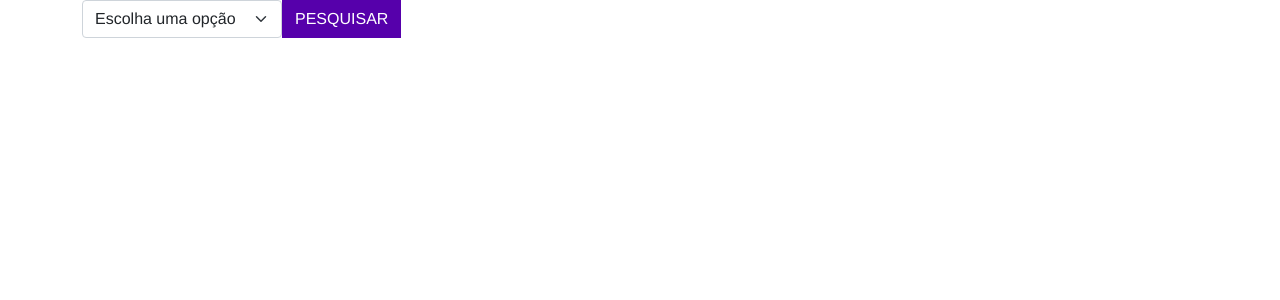
Repository: LuismGil/Countries-list
Page: /about
These files come from the project's save history. The page is drawn as it stood at one moment and after the next save; the edit follows.
The browser window is 1280 px wide. The pictures show the whole page.
The project was rebuilt for these pictures with package versions that can differ from the ones it lists, and the page was loaded fresh each time.

Above is the page before, as saved 2021-05-22 21:25:42.

### public/index.html
<!DOCTYPE html>
<html lang="">
  <head>
    <meta charset="utf-8">
    <meta http-equiv="X-UA-Compatible" content="IE=edge">
    <meta name="viewport" content="width=device-width,initial-scale=1.0">
    <link rel="icon" href="<%= BASE_URL %>favicon.ico">
    <link href="https://cdn.jsdelivr.net/npm/bootstrap@5.0.1/dist/css/bootstrap.min.css" rel="stylesheet" integrity="sha384-+0n0xVW2eSR5OomGNYDnhzAbDsOXxcvSN1TPprVMTNDbiYZCxYbOOl7+AMvyTG2x" crossorigin="anonymous">
    <title><%= htmlWebpackPlugin.options.title %></title>
  </head>
  <body>
    <noscript>
      <strong>We're sorry but <%= htmlWebpackPlugin.options.title %> doesn't work properly without JavaScript enabled. Please enable it to continue.</strong>
    </noscript>
    <div id="app"></div>
    <!-- built files will be auto injected -->
  </body>
</html>

### src/App.vue
<template>
  <div id="app">
    <!-- <mv-header /> -->
    <Home></Home>

  </div>
</template>

<script>
// import MvHeader from './components/MvHeader.vue';
import Home from './views/Home.vue';

export default {
  name: 'App',
  components: {
    // MvHeader,
    Home,
  },
};
</script>

<style>
#app {
  color: #2c3e50;
  font-family: Avenir, Helvetica, Arial, sans-serif;
  -webkit-font-smoothing: antialiased;
  -moz-osx-font-smoothing: grayscale;
  text-align: center;
}
</style>

### src/views/Home.vue
<template>
  <div>
    <mv-countries></mv-countries>

  </div>
</template>

<script>
import MvCountries from '../components/MvCountries.vue';

export default {
  components: { MvCountries },

};
</script>

<style>

</style>

### src/components/MvCountries.vue
<template>
  <div>
    <div class="container">
    <select class="form-select form-width" aria-label="Escolha uma opção">
      <option selected disabled>Escolha uma opção</option>
      <option value="1">Região</option>
      <option value="2">Capital</option>
      <option value="3">Língua</option>
      <option value="4">País</option>
      <option value="5">Código de ligação</option>
    </select>
    <mv-button class="btn-find" >
        <div class="btn-span">PESQUISAR</div>
    </mv-button>
    </div>

  </div>
</template>

<script>
import MvButton from './MvButton.vue';

export default {
  components: { MvButton },

};
</script>

<style>
.container {
  display: flex;
  flex-direction: row;
}

.form-width {
  width: 200px;
}

.btn-span {
   color: #fff;
}

.btn-find {
  background-color: #5600AB;
}

</style>

### src/components/MvButton.vue
<template>
  <div>
    <button type="button" class="btn btn-outline btn-color">
      <slot></slot>
      </button>
  </div>
</template>

<script>
// import MvArrowIcon from './MvArrowIcon.vue';

export default {
  // components: { MvArrowIcon },

};
</script>

<style>
.btn-color {
  border-color: #5600AB;
  color: #5600AB;
}

.btn-color:hover {
  color: #fff;
  background-color: #c599f2;
}

</style>

Loaded but not shown: src/main.js (common file)

After the next save:
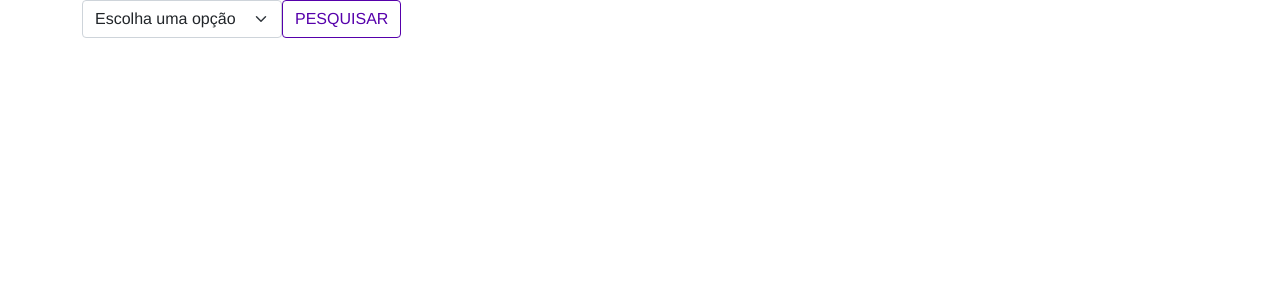
Saved 55 s later.
--- a/src/components/MvCountries.vue
+++ b/src/components/MvCountries.vue
@@ -36,12 +36,4 @@ export default {
   width: 200px;
 }
 
-.btn-span {
-   color: #fff;
-}
-
-.btn-find {
-  background-color: #5600AB;
-}
-
 </style>
